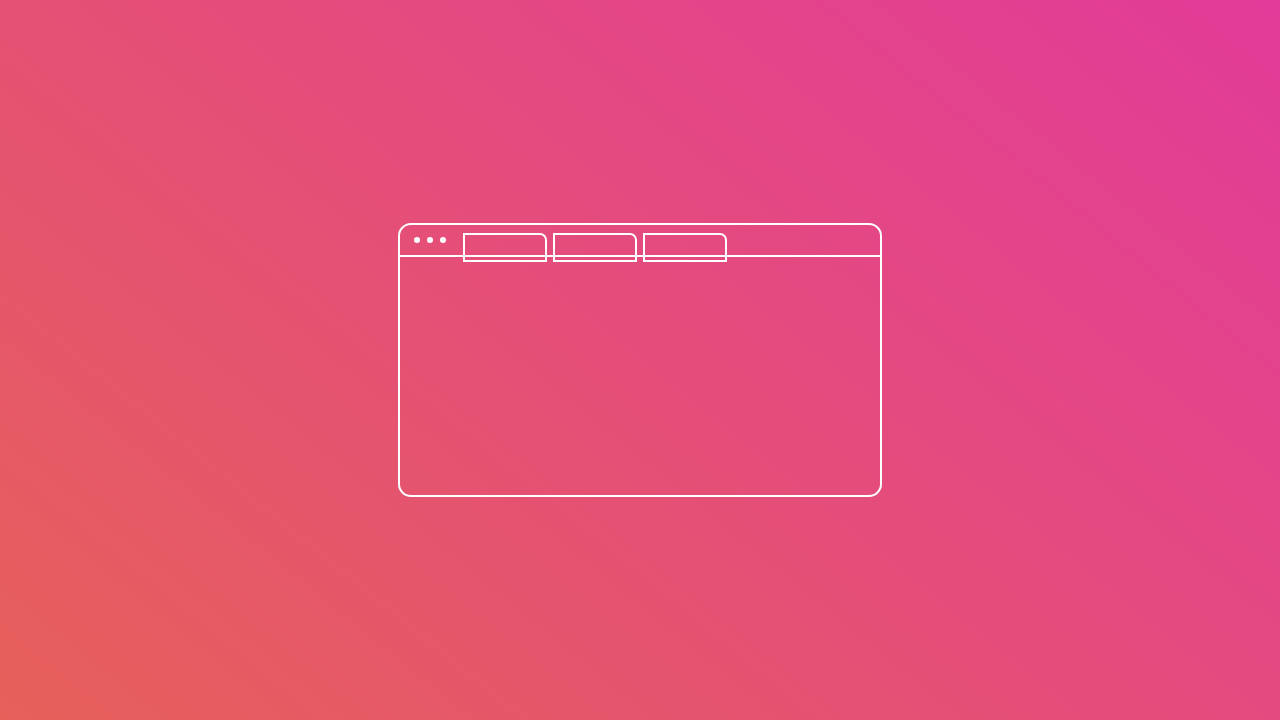
Repository: wrzonki/3d-css
Page: index.html
These files come from the project's save history. The page is drawn as it stood at one moment and after the next save; the edit follows.
The browser window is 1280 px wide. The pictures show the whole page.
The style sheet was rebuilt from its Sass, Less or Tailwind sources for each picture, by a compiler version that may differ from the author's.

Above is the page before, as saved 2019-11-25 21:19:11.

After the next save:
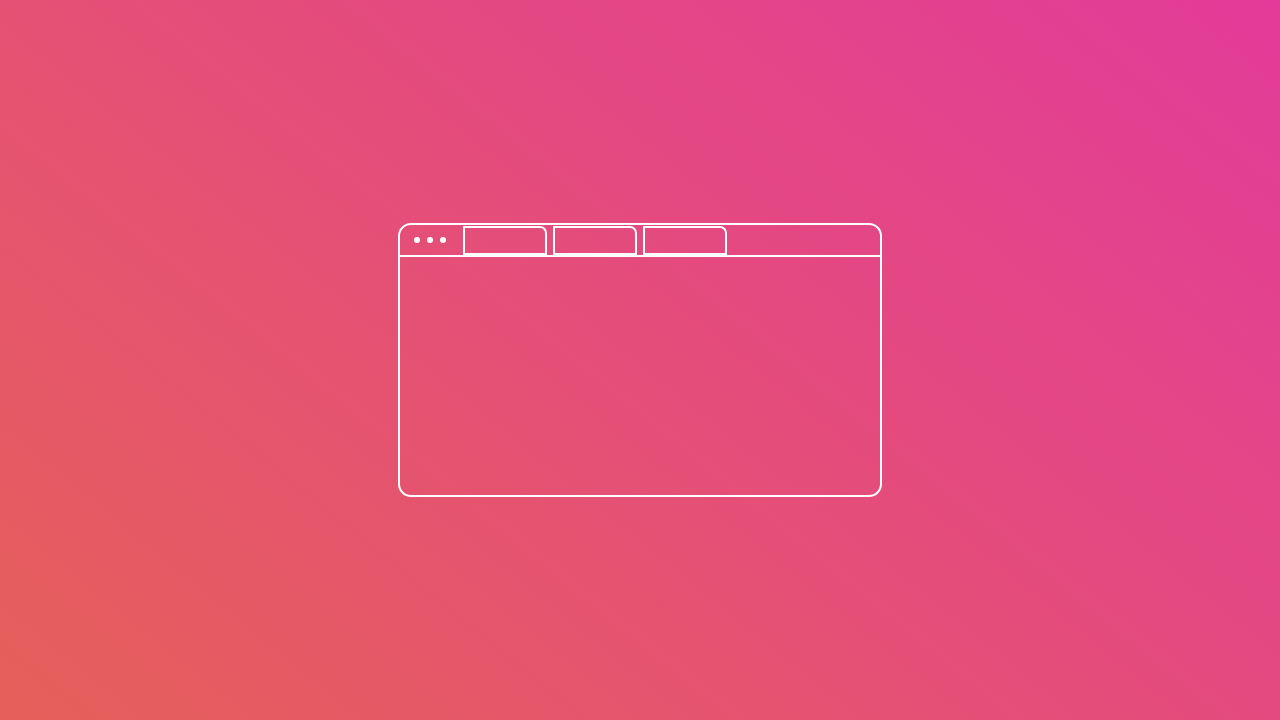
Saved 31 s later.
--- a/index.scss
+++ b/index.scss
@@ -70,7 +70,7 @@ body {
             height: 15px;
             display: flex;
             justify-content: space-around;
-            align-items: baseline;
+            align-items: center;
             margin-left: 10px;
         }
         .tab {
